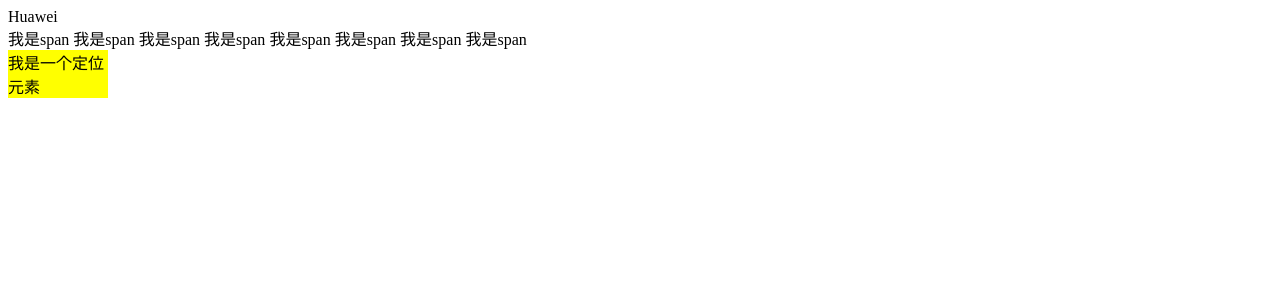
Repository: nanvon/front-end_byhuawei
Page: CSS层级.html
These files come from the project's save history. The page is drawn as it stood at one moment and after a run of saves; the edit follows.
The browser window is 1280 px wide. The pictures show the whole page.

Above is the page before, as saved 2020-12-10 20:11:03.

After the next 3 saves:
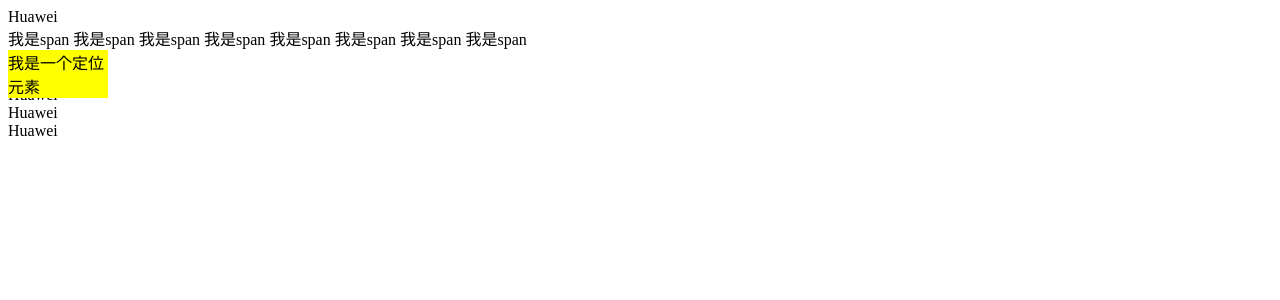
The 3 saves are shown as one change because they came seconds apart.
The last was saved 10 s later.
--- a/CSS层级.html
+++ b/CSS层级.html
@@ -23,6 +23,11 @@
     <div class="pos1">我是一个定位元素</div>
     <span>我是span</span>
     <span>我是span</span>
+    <div>Huawei</div>
+    <div>Huawei</div>
+    <div>Huawei</div>
+    <div>Huawei</div>
+    <div>Huawei</div>
 
 </body>
 </html>
